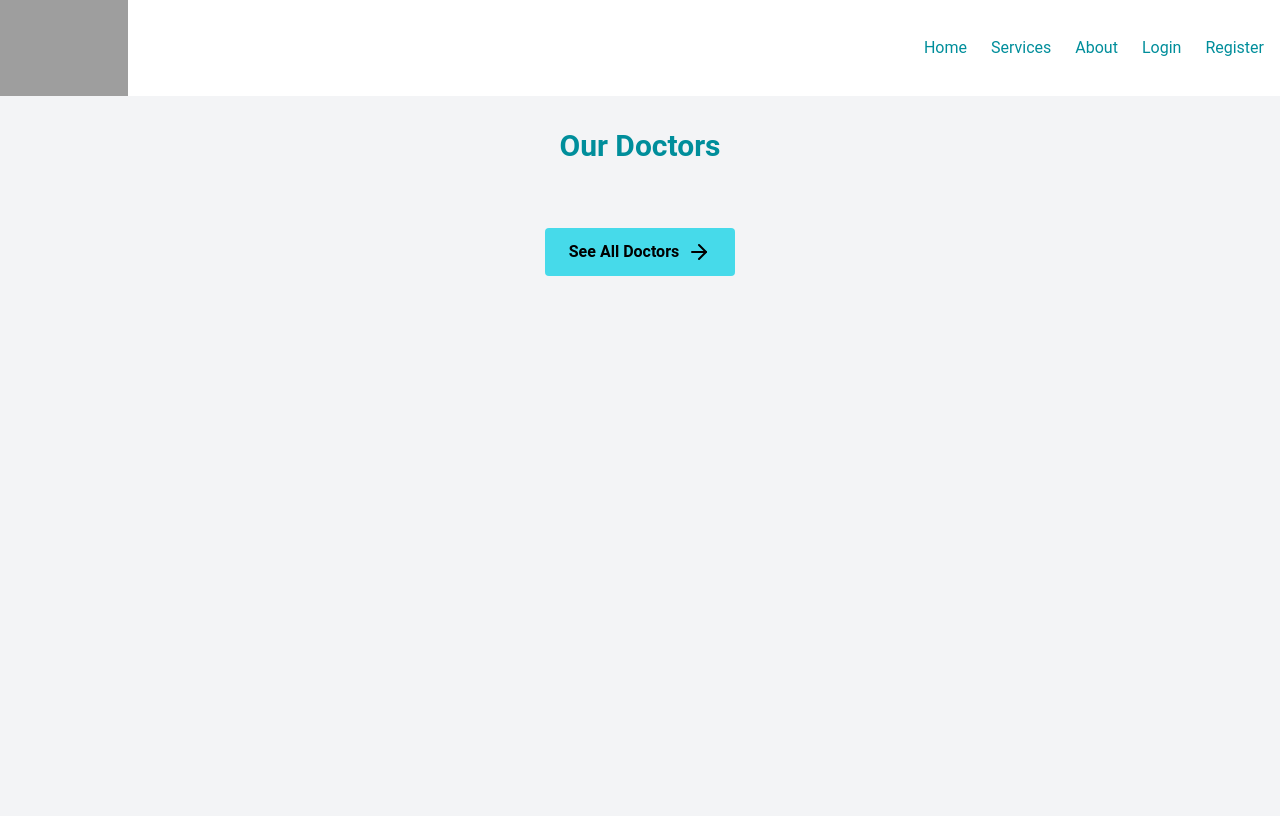
Repository: ahmedkhaleddev02-del/DoctorAppointment-MERN
Page: /allDoctors (app in frontend/frontend/)
An editor plug-in stored every save of this project. The page is shown before and after the next save, followed by the edit.
The browser window is 1280 px wide. The pictures show the whole page.
Pictures or frames that could not be fetched are drawn as grey boxes. The page's requests for data from a server got no answer. Some web libraries are served in a nearby version. The project was rebuilt for these pictures with package versions that can differ from the ones it lists, and the page was loaded fresh each time. No one was signed in, and anything a server would have sent is missing. Also part of the build but not shown: frontend/frontend/src/components/Login.jsx, frontend/frontend/src/components/Register.jsx, frontend/frontend/src/pages/AddAppointment.jsx, frontend/frontend/src/components/CallToAction.jsx, frontend/frontend/src/components/HeroSlider.jsx, frontend/frontend/src/components/About.jsx, frontend/frontend/src/components/Stats.jsx, frontend/frontend/src/components/Departments.jsx and 4 more.

Above is the page before, as saved 2025-08-03 17:00:49.

### frontend/frontend/public/index.html
<!DOCTYPE html>
<html lang="en">
  <head>
    <meta charset="utf-8" />
    <link rel="icon" href="%PUBLIC_URL%/favicon.ico" />
    <meta name="viewport" content="width=device-width, initial-scale=1" />
    <meta name="theme-color" content="#000000" />

    <meta
      name="description"
      content="Web site created using create-react-app"
    />
    <link rel="stylesheet" href="https://cdnjs.cloudflare.com/ajax/libs/font-awesome/7.0.0/css/all.min.css
">
    <link rel="apple-touch-icon" href="%PUBLIC_URL%/logo192.png" />
    <!--
      manifest.json provides metadata used when your web app is installed on a
      user's mobile device or desktop. See https://developers.google.com/web/fundamentals/web-app-manifest/
    -->
    <link rel="manifest" href="%PUBLIC_URL%/manifest.json" />
    <!--
      Notice the use of %PUBLIC_URL% in the tags above.
      It will be replaced with the URL of the `public` folder during the build.
      Only files inside the `public` folder can be referenced from the HTML.

      Unlike "/favicon.ico" or "favicon.ico", "%PUBLIC_URL%/favicon.ico" will
      work correctly both with client-side routing and a non-root public URL.
      Learn how to configure a non-root public URL by running `npm run build`.
    -->
    <title>React App</title>
  </head>
  <body>
    <noscript>You need to enable JavaScript to run this app.</noscript>
    <div id="root"></div>
    <!--
      This HTML file is a template.
      If you open it directly in the browser, you will see an empty page.

      You can add webfonts, meta tags, or analytics to this file.
      The build step will place the bundled scripts into the <body> tag.

      To begin the development, run `npm start` or `yarn start`.
      To create a production bundle, use `npm run build` or `yarn build`.
    -->
  </body>
</html>

### frontend/frontend/src/index.js
import React from 'react';
import ReactDOM from 'react-dom/client';
import './index.css';
import App from './App';
 import { BrowserRouter } from "react-router-dom";
import { AuthProvider } from './context/AuthContext';

const root = ReactDOM.createRoot(document.getElementById('root'));
root.render(

 <BrowserRouter>
    <AuthProvider>
      <App />
    </AuthProvider>
  </BrowserRouter>
);

// If you want to start measuring performance in your app, pass a function
// to log results (for example: reportWebVitals(console.log))
// or send to an analytics endpoint. Learn more: https://bit.ly/CRA-vitals

### frontend/frontend/src/index.css
@tailwind base;
@tailwind components;
@tailwind utilities;
@import url('https://fonts.googleapis.com/css2?family=Liter&family=Outfit:wght@100..900&family=Roboto:ital,wght@0,100..900;1,100..900&family=Sansita:ital,wght@0,400;0,700;0,800;0,900;1,400;1,700;1,800;1,900&display=swap');

@import "slick-carousel/slick/slick.css";
@import "slick-carousel/slick/slick-theme.css";


*,body{
  font-family: roboto;
}


button{
  background: #46daea !important;
  padding: 15px;
  color:black;
  font-weight: bold;
  transition: ease-in-out 0.3s !important;


}

button:hover{
  background: #43b0ba !important;
}

### frontend/frontend/src/App.js
import Login from "./components/Login";
import Navbar from "./components/Navbar";
import Register from "./components/Register";
import AddAppointment from "./pages/AddAppointment";
import Home from "./pages/Home";
import { Routes, Route } from "react-router-dom";
import AddDoctor from "./pages/AddDoctor";
import MyAppointments from "./pages/MyAppointments";
import AllDoctors from "./pages/AllDoctors";
function App() {
  return (
    <>
    <Navbar/>

    <Routes>
    <Route index path="/" element={<Home/>}/>
    <Route path="/login" element={<Login />} />
     <Route path="/register" element={<Register />} />
    <Route path="/add-appointment" element={<AddAppointment />} />
    <Route path="/add-doctor" element={<AddDoctor />} />
    <Route path="/my-appointments" element={<MyAppointments />} />
        <Route path="/allDoctors" element={<AllDoctors />} />

    </Routes>


    </>
  );
}

export default App;

### frontend/frontend/src/context/AuthContext.jsx
import { createContext, useEffect, useState } from "react";
import {jwtDecode} from "jwt-decode";
export const AuthContext = createContext()


export const AuthProvider =({children})=> {
    const [user,setUser]= useState(null)

    useEffect(()=>{
        const token = localStorage.getItem("token")
        if(token){
            const decode = jwtDecode(token)
            setUser(decode)

        }
    },[])



const login =(token)=>{
    localStorage.setItem("token", token)
    const decode = jwtDecode(token)
    setUser(decode);
}

const logout=()=>{
    localStorage.removeItem("token")
    setUser(null);
}

return (
    <AuthContext.Provider value={{user,login,logout }}>
          {children}

    </AuthContext.Provider>
)

}

### frontend/frontend/src/components/Navbar.jsx
import React, { useContext } from 'react'
import { Link } from 'react-router-dom'
import { AuthContext } from '../context/AuthContext'

function Navbar() {
    const {user, logout} = useContext(AuthContext)
  return (
    <nav className='bg-white shadow-md text-[#008e9b] flex justify-between'>
        <div >
            <img className='w-32' src='./logo.png'/>
        </div>

        <ul className='flex space-x-6 items-center px-4'>
                <li><Link to="/">Home</Link></li>
                 <li><Link to="/">Services</Link></li>

                  <li><Link to="/">About</Link></li>

                  {user?.role === "admin" &&(
                    <>
                 <li><Link to="/add-doctor">Add Doctor</Link></li>
                 <li><Link to="/">Add Department</Link></li>
                    </>
                  )}

                  {user?.role === "user" &&  <li><Link to="/add-appointment">Add Appointment</Link></li>}

                  {!user &&(
                    <>
                     <li><Link to="/login">Login</Link></li>
                 <li><Link to="/register">Register</Link></li>
                    </>
                  )}

                  {user && <li><button onClick={logout}>logout</button></li>}


        </ul>
    </nav>
  )
}

export default Navbar

### frontend/frontend/src/pages/AllDoctors.jsx
import { ArrowRight } from 'lucide-react'
import React, { useEffect, useState } from 'react'
import { Link } from 'react-router-dom'

function AllDoctors() {
    const [doctors,setDoctors] = useState([])
    useEffect(()=>{
        const fetchedDoctors = async()=>{
            try {
                const res = await fetch("http://localhost:5000/doctors/allDoctors")
                const data = await res.json()
                if(!res.ok) throw new Error(data.message || "Failed to fetch doctors")
                    setDoctors(data)
            } catch (error) {
                    console.error(error)
            }
        }
         fetchedDoctors();
    },[])
  return (
    <div className='p-8 bg-gray-100 min-h-screen'>
            <h2 className='text-3xl font-bold text-center mb-8 text-[#008e9b]'>Our Doctors</h2>

            <div className='grid grid-cols-1 md:grid-cols-3 gap-6 max-w-6xl mx-auto'>
                {doctors?.map((doc)=>(
                    <div className="bg-white rounded-lg shadow p-4 text-center" key={doc?._id}>
                        <img  className="w-32 h-32 mx-auto rounded-full object-cover border mb-4" src={`http://localhost:5000/uploads/${doc?.image}`}/>

                        <h3 className="text-xl font-semibold">{doc?.name}</h3>

                       <p className="text-gray-600">{doc.specialty}</p>

                       <p className='text-sm text-gray-500'>{doc?.experienceYears} Years Of Exprerience</p>





                    </div>
                ))}


            </div>

              <div className="flex  items-center justify-center  mt-8">
                    <Link className='bg-[#46daea] flex gap-2 items-center p-3 text-black font-bold px-6 rounded text-center hover:bg-[#43b0ba] transition ' to="/allDoctors">
                       See All Doctors <ArrowRight/>

                    </Link>
                </div>


    </div>
  )
}

export default AllDoctors

Loaded but not shown: frontend/frontend/tailwind.config.js (common file)

After the next save:
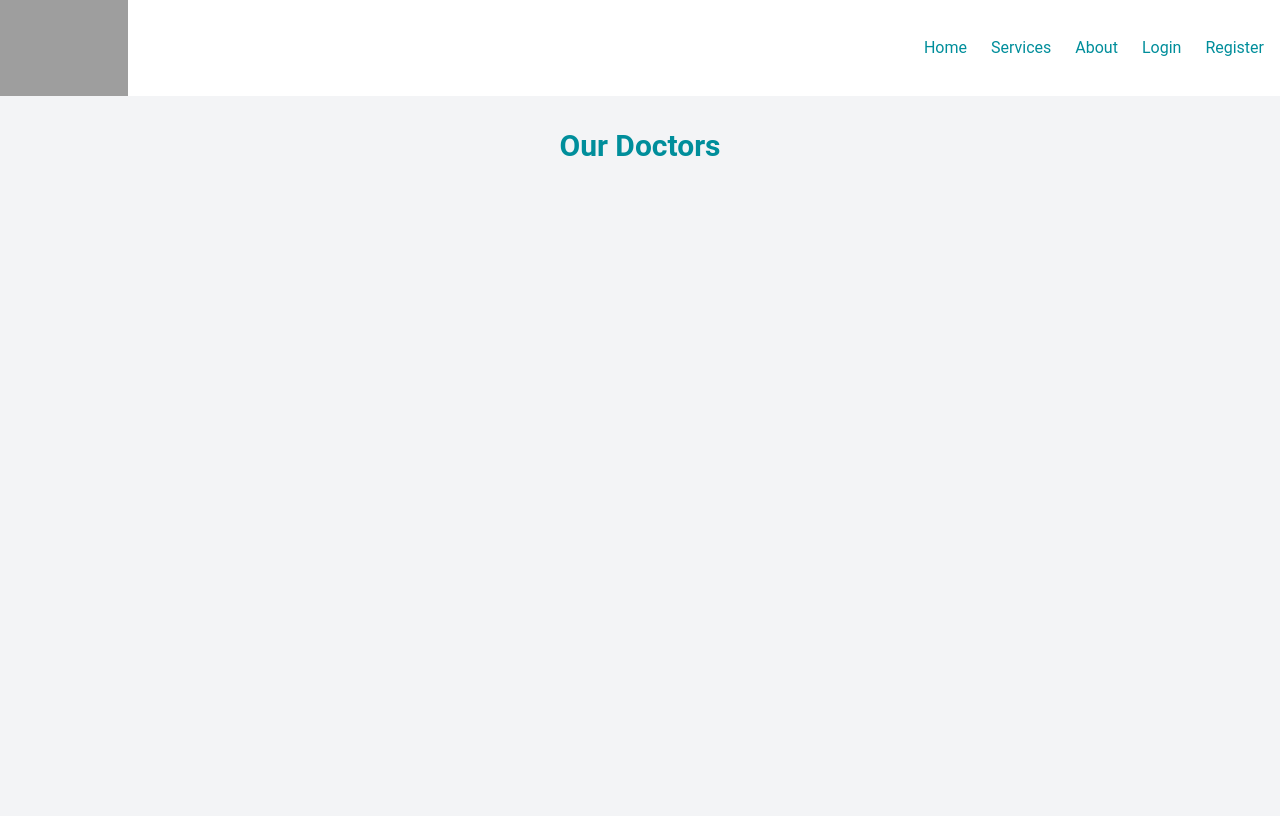
Saved 6 s later.
--- a/frontend/frontend/src/pages/AllDoctors.jsx
+++ b/frontend/frontend/src/pages/AllDoctors.jsx
@@ -42,12 +42,7 @@ function AllDoctors() {
 
             </div>
 
-              <div className="flex  items-center justify-center  mt-8">
-                    <Link className='bg-[#46daea] flex gap-2 items-center p-3 text-black font-bold px-6 rounded text-center hover:bg-[#43b0ba] transition ' to="/allDoctors">
-                       See All Doctors <ArrowRight/>
 
-                    </Link>
-                </div>
 
 
     </div>
